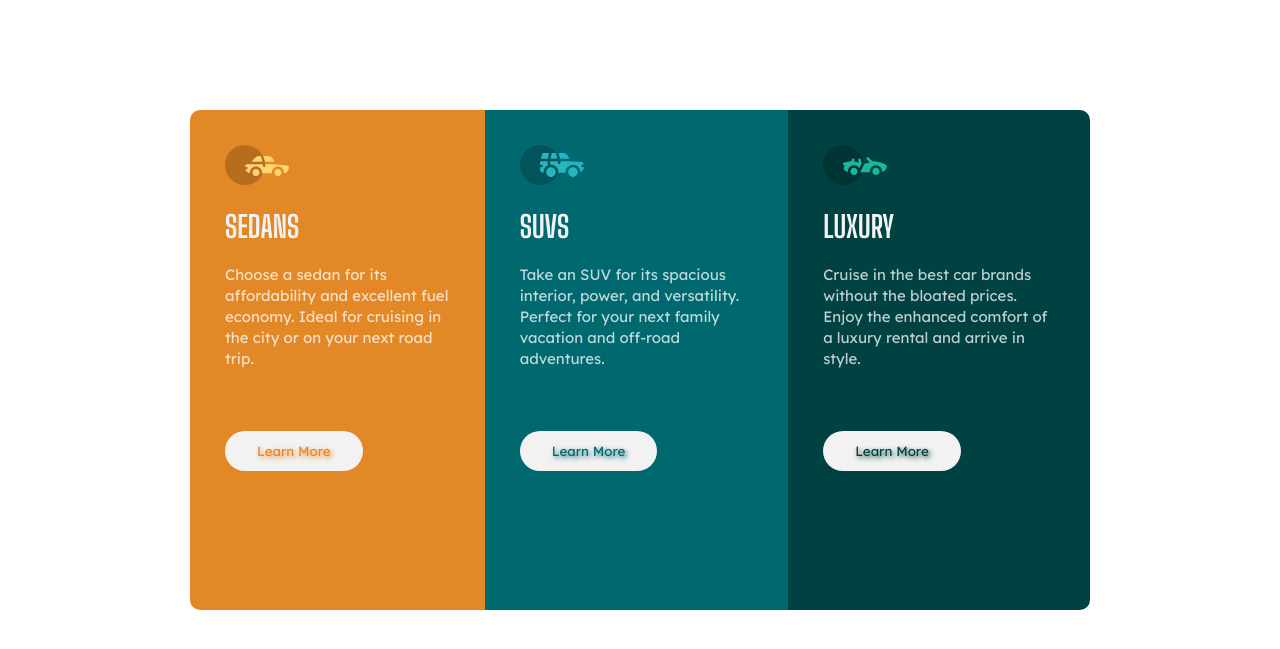
Repository: thaibaocoder1/3-column-card
Page: index.html
The author's editor kept a copy of each file at every save. The page is drawn from the files as they stood at one save, then again after the next save.
The browser window is 1280 px wide. The pictures show the whole page.

Above is the page before, as saved 2023-01-11 21:09:35.

### index.html
<!DOCTYPE html>
<html lang="en">
<head>
  <meta charset="UTF-8">
  <meta name="viewport" content="width=device-width, initial-scale=1.0">
  <link rel="icon" type="image/png" sizes="32x32" href="./images/favicon-32x32.png">
  <title>Frontend Mentor | 3-column preview card component</title>
  <link rel="preconnect" href="https://fonts.googleapis.com">
  <link rel="preconnect" href="https://fonts.gstatic.com" crossorigin>
  <link href="https://fonts.googleapis.com/css2?family=Big+Shoulders+Display:wght@700&family=Lexend+Deca&display=swap" rel="stylesheet">
  <link rel="stylesheet" href="./styles.css">
</head>
<body>

  <main class="container">
    <div class="container__box container__box--one">
      <img src="./images/icon-sedans.svg" alt="" class="container--image">
      <h1 class="container--heading">Sedans</h1>
      <p class="container--content">
        Choose a sedan for its affordability and excellent fuel economy. Ideal for cruising in the city
        or on your next road trip.
      </p>
      <button class="container--btn container--btn-one">Learn More</button>
    </div>

    <div class="container__box container__box--two">
      <img src="./images/icon-suvs.svg" alt="" class="container--image">
      <h1 class="container--heading">Suvs</h1>
      <p class="container--content">
        Take an SUV for its spacious interior, power, and versatility. Perfect for your next family vacation
        and off-road adventures.
      </p>
      <button class="container--btn container--btn-two">Learn More</button>
    </div>

    <div class="container__box container__box--three">
      <img src="./images/icon-luxury.svg" alt="" class="container--image">
      <h1 class="container--heading">Luxury</h1>
      <p class="container--content">
        Cruise in the best car brands without the bloated prices. Enjoy the enhanced comfort of a luxury
        rental and arrive in style.
      </p>
      <button class="container--btn container--btn-three">Learn More</button>
    </div>
  </main>


</body>
</html>

### styles.css
* {
    margin: 0;
    padding: 0;
    box-sizing: border-box;
}
html {
    font-size: 62.5%;
}
body {
    text-rendering: optimizeLegibility;
    scroll-behavior: smooth;
    font-family: 'Big Shoulders Display', cursive;
    font-family: 'Lexend Deca', sans-serif;
    display: flex;
    align-items: center;
    justify-content: center;
    min-height: calc(100vh - 1px);
}
:root {
    --bright-orange: hsl(31, 77%, 52%);
    --dark-cyan: hsl(184, 100%, 22%);
    --very-dark-cyan: hsl(179, 100%, 13%);
    --white-p:  hsla(0, 0%, 100%, 0.75);
    --light-gray: hsl(0, 0%, 95%);
}
.container {
    max-width: 90rem;
    min-height: 50rem;
    margin: 0 auto;
    display: flex;
    align-items: stretch;
    justify-content: center;
}
.container .container__box--one {
    background-color: var(--bright-orange);
    border-radius: 1rem 0 0 1rem;
}
.container .container__box--two {
    background-color: var(--dark-cyan);
}
.container .container__box--three {
    background-color: var(--very-dark-cyan);
    border-radius: 0 1rem 1rem 0;
}
.container .container__box {
    padding: 3.5rem;
}
.container__box .container--heading {
    color: var(--light-gray);
    font-family: 'Big Shoulders Display', cursive;
    text-transform: uppercase;
    font-size: 3rem;
    margin: 2rem 0;
    font-weight: 500;
}
.container__box .container--content {
    color: var(--white-p);
    margin-bottom: 6.2rem;
    font-size: 1.5rem;
    line-height: 1.4;
}
.container__box .container--btn {
    padding: 1.2rem 3.2rem;
    border: none;
    border-radius: 2rem;
    background-color: var(--light-gray);
    cursor: pointer;
}
.container__box .container--btn-one {
    color: var(--bright-orange);
    font-family: 'Lexend Deca', sans-serif;
    font-weight: 500;
    text-shadow: 2px 2px 5px var(--bright-orange);
}
.container__box .container--btn-two {
    color: var(--dark-cyan);
    font-family: 'Lexend Deca', sans-serif;
    font-weight: 500;
    text-shadow: 2px 2px 5px var(--dark-cyan);
}
.container__box .container--btn-three {
    color: var(--very-dark-cyan);
    font-family: 'Lexend Deca', sans-serif;
    font-weight: 500;
    text-shadow: 2px 2px 5px var(--very-dark-cyan);
}

After the next save:
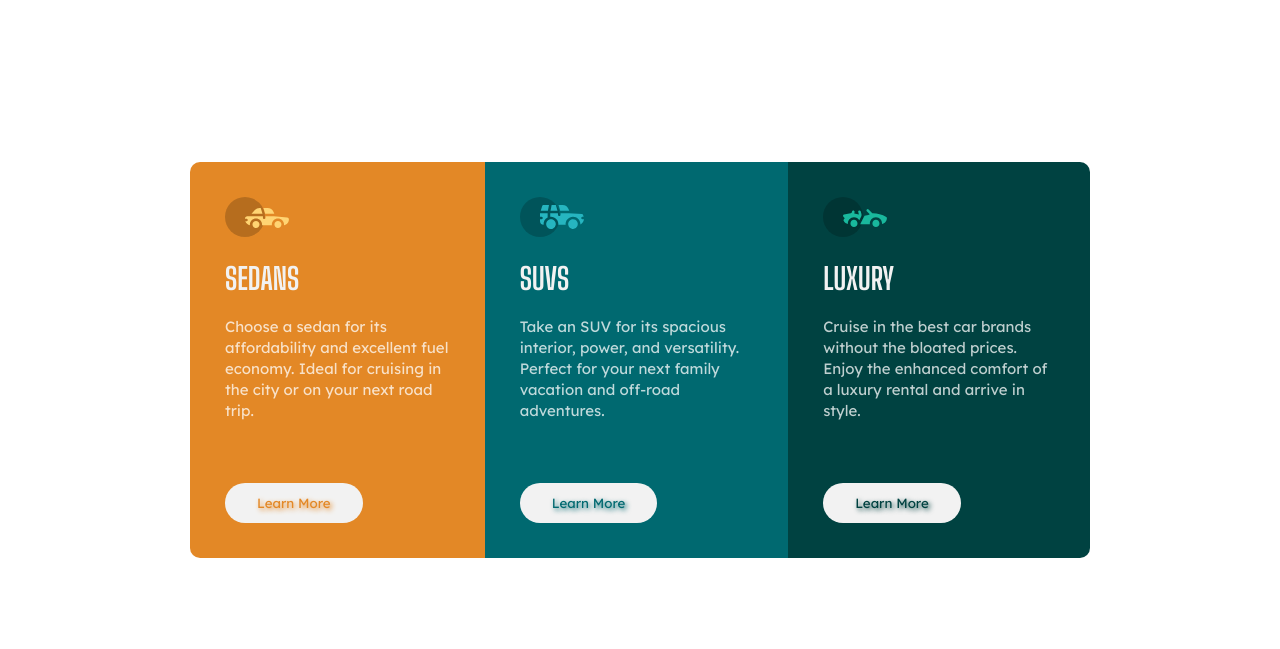
Saved 46 s later.
--- a/styles.css
+++ b/styles.css
@@ -25,7 +25,7 @@
 }
 .container {
     max-width: 90rem;
-    min-height: 50rem;
+    min-height: 50vh;
     margin: 0 auto;
     display: flex;
     align-items: stretch;

After the save that followed:
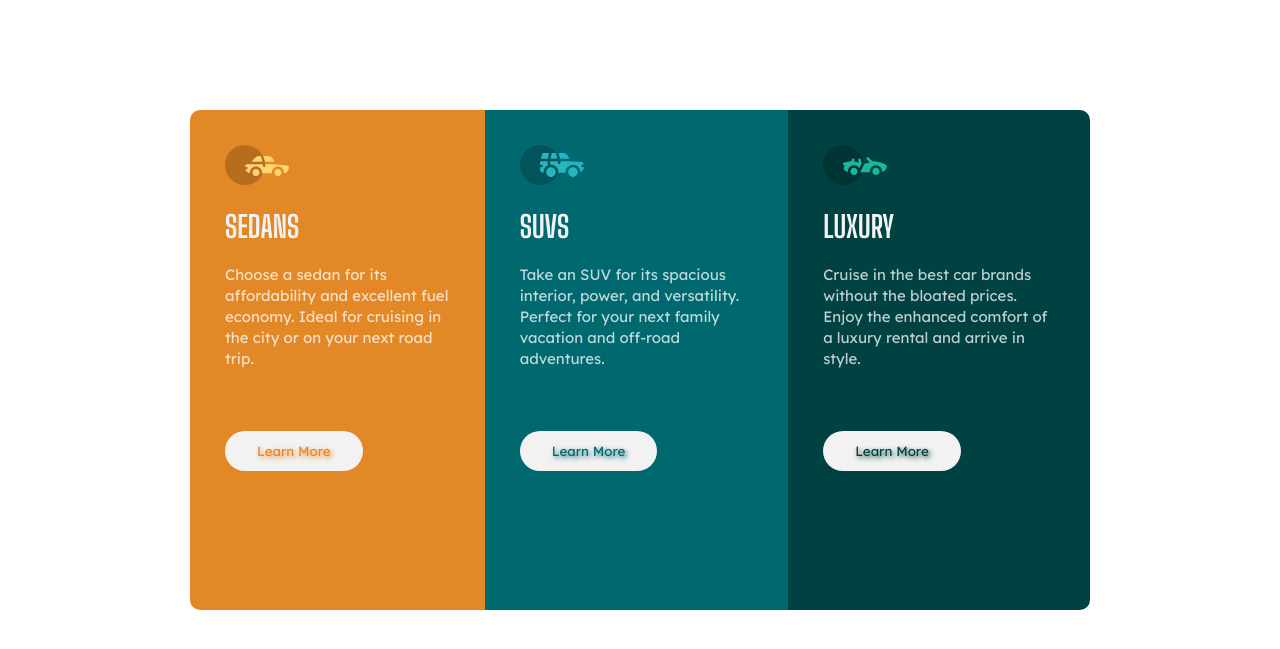
Saved 6 s later.
--- a/styles.css
+++ b/styles.css
@@ -25,7 +25,7 @@
 }
 .container {
     max-width: 90rem;
-    min-height: 50vh;
+    min-height: 50rem;
     margin: 0 auto;
     display: flex;
     align-items: stretch;
